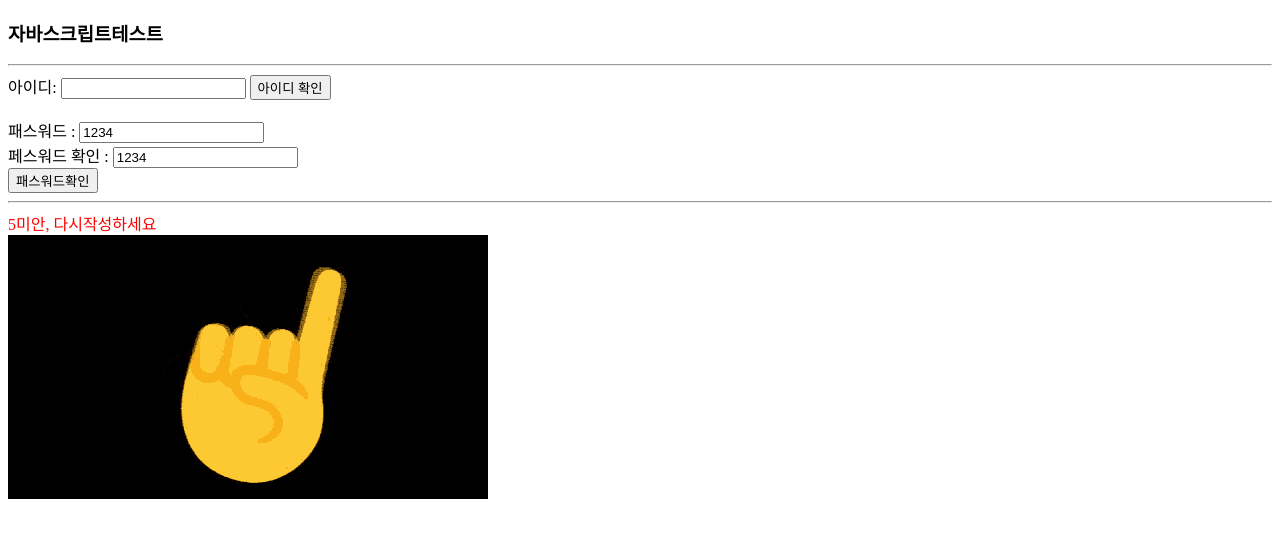
Repository: Yusubin/springEx
Page: http://localhost/spring04/js2.jsp
The author's editor kept a copy of each file at every save. The page is drawn from the files as they stood at one save, then again after the next save.
The browser window is 1280 px wide. The pictures show the whole page.
After loading, the first visible `button` was clicked once.
The page is served by Tomcat 9. Other server files are loaded and not shown.

Above is the page before, as saved 2022-02-17 03:06:14.

### spring04/src/main/webapp/js2.jsp
<%@ page language="java" contentType="text/html; charset=UTF-8"
	pageEncoding="UTF-8"%>
<!DOCTYPE html>
<html>
<head>
<meta charset="UTF-8">
<title>Insert title here</title>
<style>
#result, #dd {
	color: red;
}
</style>
<script type="text/javascript">
	function idCheck() {

		idValue = document.getElementById("id").value
		//window:브라우저 전체
		//document:body태그
		//console:개발할대 확인하는창(f12)
		//location:주소부분.
		//history:탐색 리스트
		text = ""
		img = ""
		if (idValue.length < 5) {
			//	document.getElementById("result").value="5미안, 다시작성하세요";
			document.getElementById("id").value = ""
			//text="<span style='color:red'>5미안, 다시작성하세요</span>"
			text = "<span style='color:red'>5미안, 다시작성하세요</span>"
			img = "<img src='resources/img/0fc108b9a016b2be79292b0bdfb17be2.gif'>"

		} else {
			//document.getElementById("result").value="Good";
			console.log("Good");
			text = "<span style='color:blue'>Good</span>"
			img = "<img src='resources/img/tenor.gif'>"
		}
		document.getElementById("result").innerHTML = text + "<br>" + img
	}

	function pwCheck() {
		pw1Value = document.getElementById("pass1").value
		pw2Value = document.getElementById("pass2").value
		text = ""
		if (pw1Value == pw2Value) {
			//	document.getElementById("result").value="5미안, 다시작성하세요";
			console.log("Good");
			text = "<span style='color:blue'>Good</span>"
			img = "<img src='resources/img/tenor.gif'>"

		} else {
			//document.getElementById("result").value="Good";
			console.log("동일하지않습니다.");
			document.getElementById("pass1").value = ""
			document.getElementById("pass2").value = ""
			text = "<span style='color:red'>동일하지않습니다</span>"
			img = "<img src='resources/img/0fc108b9a016b2be79292b0bdfb17be2.gif'>"
		}
		document.getElementById("result").innerHTML = text + "<br>" + img
	}
</script>
</head>
<body>
	<h3>자바스크립트테스트</h3>
	<hr>
	아이디:
	<input name="id" id="id" value="test">
	<button onclick="idCheck()">아이디 확인</button>
	<div id="dd"></div>
	<br> 패스워드 :
	<input id="pass1" name="pass1" value="1234">
	<br> 페스워드 확인 :
	<input id="pass2" name="pass2" value="1234">
	<br>
	<button onclick="pwCheck()">패스워드확인</button>
	<hr>
	<div id="result"></div>
</body>
</html>

After the next save:
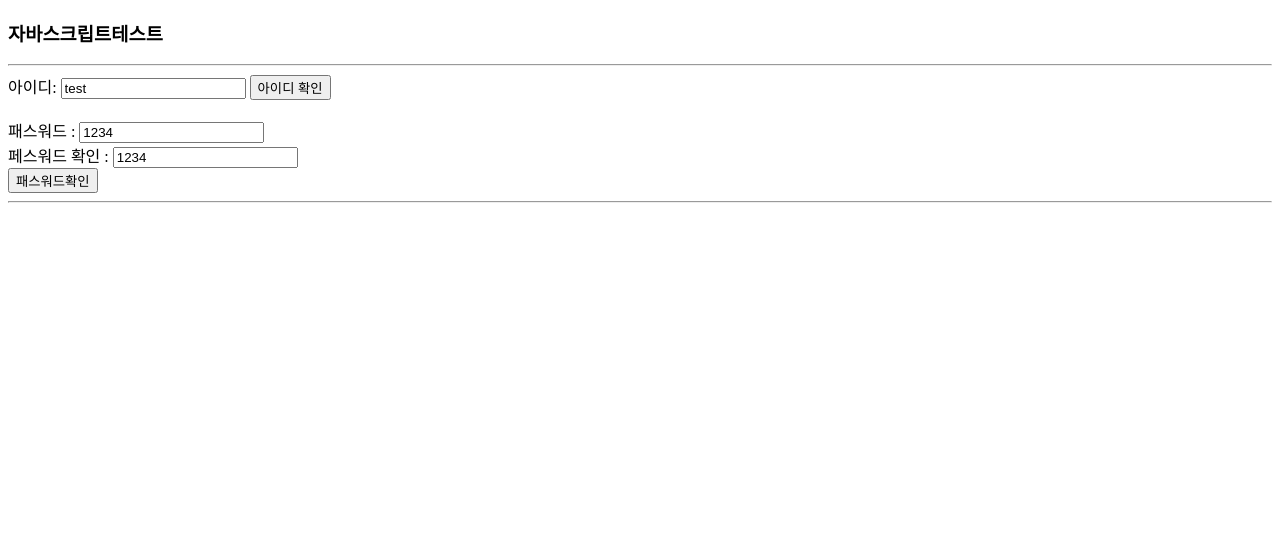
Console error: ReferenceError: idCheck is not defined
Saved 13 min 20 s later.
--- a/spring04/src/main/webapp/js2.jsp
+++ b/spring04/src/main/webapp/js2.jsp
@@ -11,52 +11,7 @@
 }
 </style>
 <script type="text/javascript">
-	function idCheck() {
 
-		idValue = document.getElementById("id").value
-		//window:브라우저 전체
-		//document:body태그
-		//console:개발할대 확인하는창(f12)
-		//location:주소부분.
-		//history:탐색 리스트
-		text = ""
-		img = ""
-		if (idValue.length < 5) {
-			//	document.getElementById("result").value="5미안, 다시작성하세요";
-			document.getElementById("id").value = ""
-			//text="<span style='color:red'>5미안, 다시작성하세요</span>"
-			text = "<span style='color:red'>5미안, 다시작성하세요</span>"
-			img = "<img src='resources/img/0fc108b9a016b2be79292b0bdfb17be2.gif'>"
-
-		} else {
-			//document.getElementById("result").value="Good";
-			console.log("Good");
-			text = "<span style='color:blue'>Good</span>"
-			img = "<img src='resources/img/tenor.gif'>"
-		}
-		document.getElementById("result").innerHTML = text + "<br>" + img
-	}
-
-	function pwCheck() {
-		pw1Value = document.getElementById("pass1").value
-		pw2Value = document.getElementById("pass2").value
-		text = ""
-		if (pw1Value == pw2Value) {
-			//	document.getElementById("result").value="5미안, 다시작성하세요";
-			console.log("Good");
-			text = "<span style='color:blue'>Good</span>"
-			img = "<img src='resources/img/tenor.gif'>"
-
-		} else {
-			//document.getElementById("result").value="Good";
-			console.log("동일하지않습니다.");
-			document.getElementById("pass1").value = ""
-			document.getElementById("pass2").value = ""
-			text = "<span style='color:red'>동일하지않습니다</span>"
-			img = "<img src='resources/img/0fc108b9a016b2be79292b0bdfb17be2.gif'>"
-		}
-		document.getElementById("result").innerHTML = text + "<br>" + img
-	}
 </script>
 </head>
 <body>
